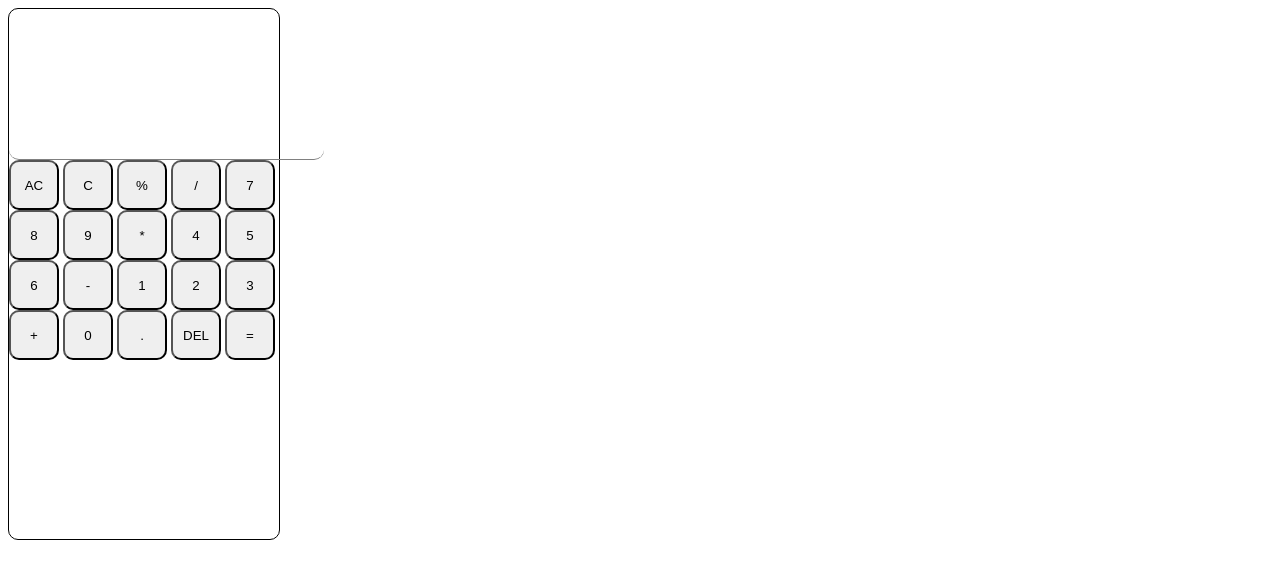
Repository: baziz22/Vanilla_JS_Projects
Page: claculator/index.html
An editor plug-in stored every save of this project. The page is shown before and after the next save, followed by the edit.
The browser window is 1280 px wide. The pictures show the whole page.

Above is the page before, as saved 2022-03-02 02:14:49.
Console error: SyntaxError: Malformed arrow function parameter list

After the next save:
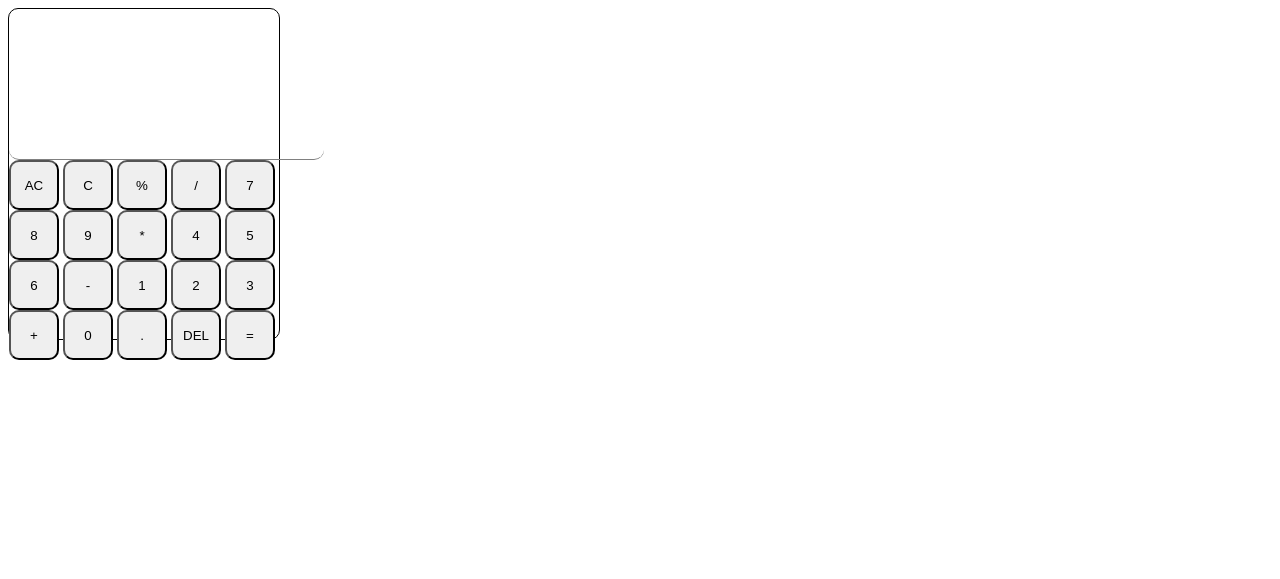
Saved 25 s later.
--- a/claculator/style.css
+++ b/claculator/style.css
@@ -2,7 +2,7 @@
   border: 1px solid black;
   border-radius: 10px;
   width: 270px;
-  height: 530px;
+  height: 330px;
 }
 button {
   width: 50px;
